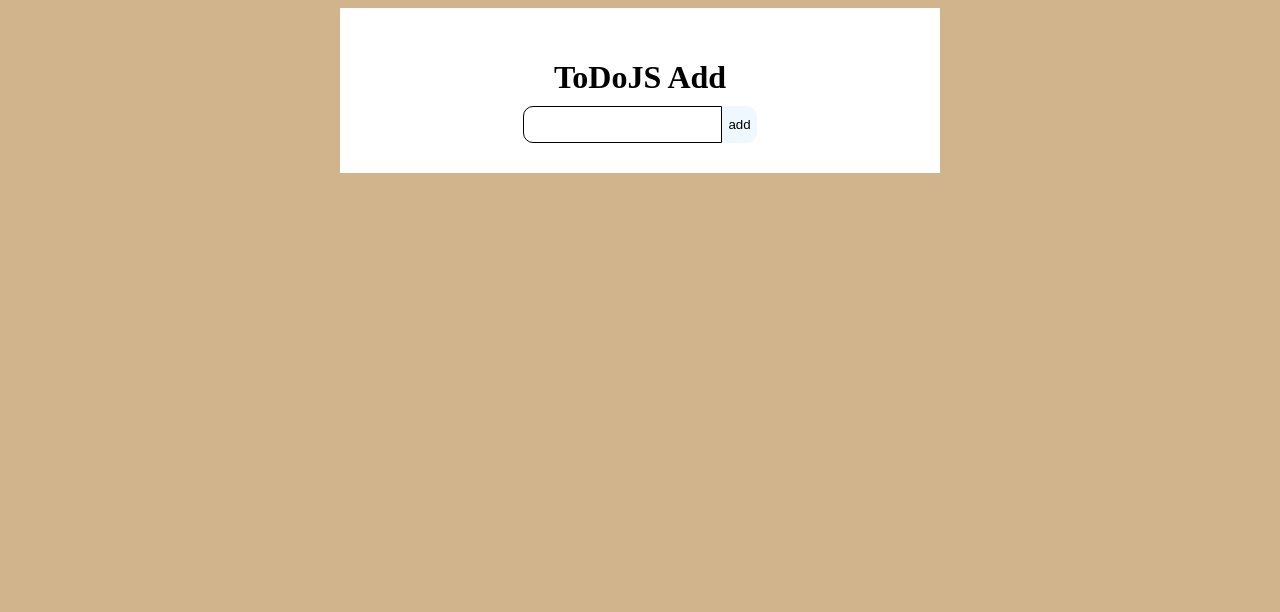
Repository: Savich01/ToDo
Page: index.html
An editor plug-in stored every save of this project. The page is shown before and after the next save, followed by the edit.
The browser window is 1280 px wide. The pictures show the whole page.

Above is the page before, as saved 2024-05-03 13:21:02.

After the next save:
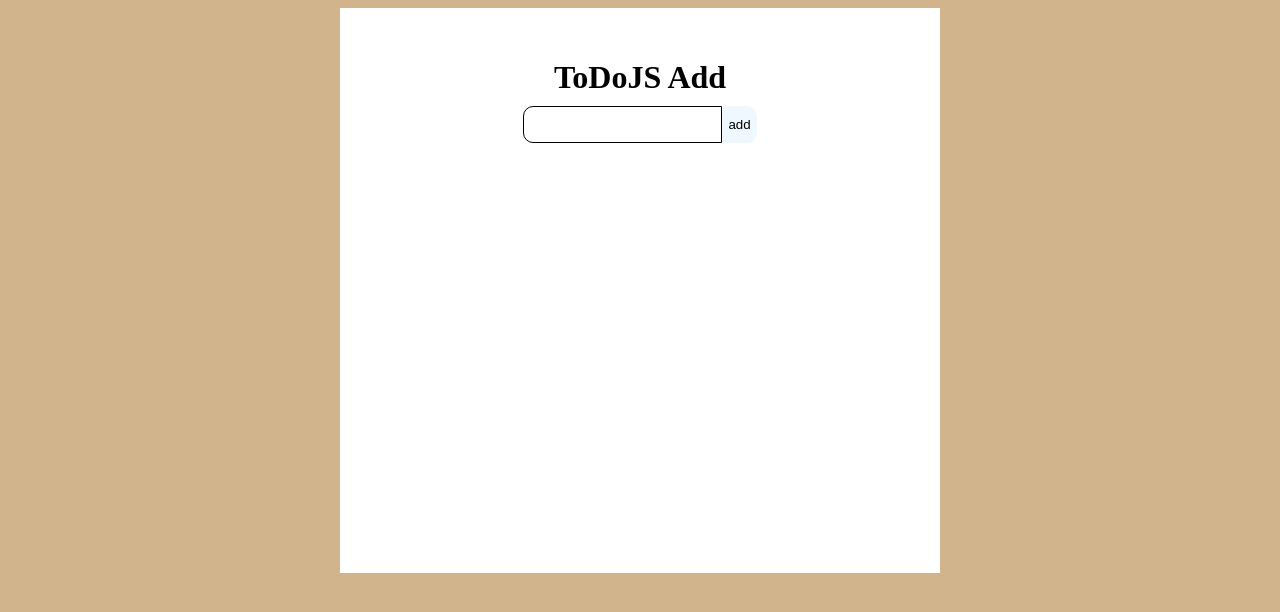
Saved 6 s later.
--- a/css/style.css
+++ b/css/style.css
@@ -42,5 +42,5 @@ body {
    max-width: 600px;
    margin: 0 auto;
    background: white;
-   max-height: 400px;
+   height: 400px;
 }
